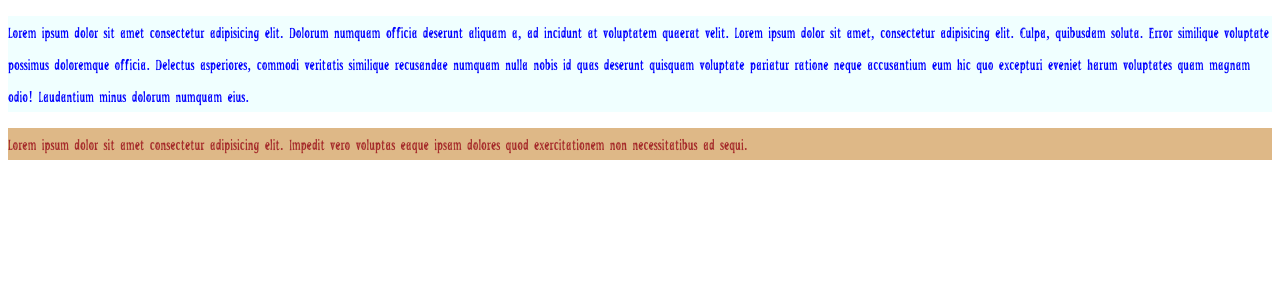
Repository: shazib2023/wtwdt-8
Page: index.html
These files come from the project's save history. The page is drawn as it stood at one moment and after a run of saves; the edit follows.
The browser window is 1280 px wide. The pictures show the whole page.

Above is the page before, as saved 2023-10-30 15:21:54.

After the next 4 saves:
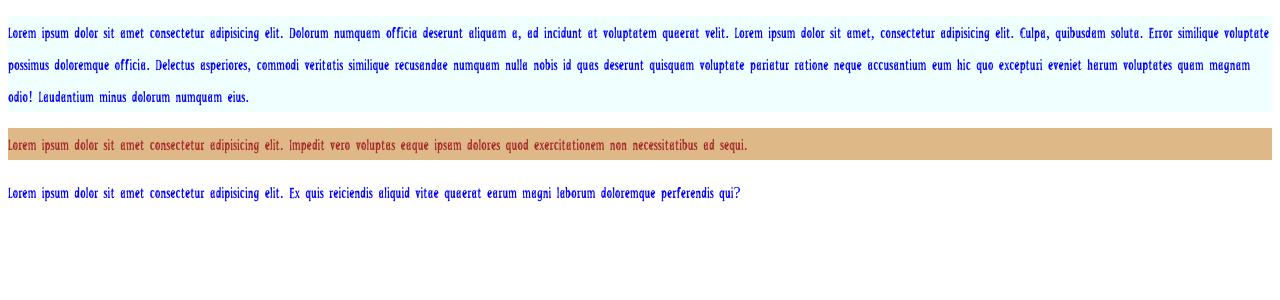
The 4 saves are shown as one change because they came seconds apart.
The last was saved 23 s later.
--- a/index.html
+++ b/index.html
@@ -17,5 +17,8 @@
     <p id="para1">
         Lorem ipsum dolor sit amet consectetur adipisicing elit. Impedit vero voluptas eaque ipsam dolores quod exercitationem non necessitatibus ad sequi.
     </p>
+    <p>
+        Lorem ipsum dolor sit amet consectetur adipisicing elit. Ex quis reiciendis aliquid vitae quaerat earum magni laborum doloremque perferendis qui?
+    </p>
 </body>
 </html>
